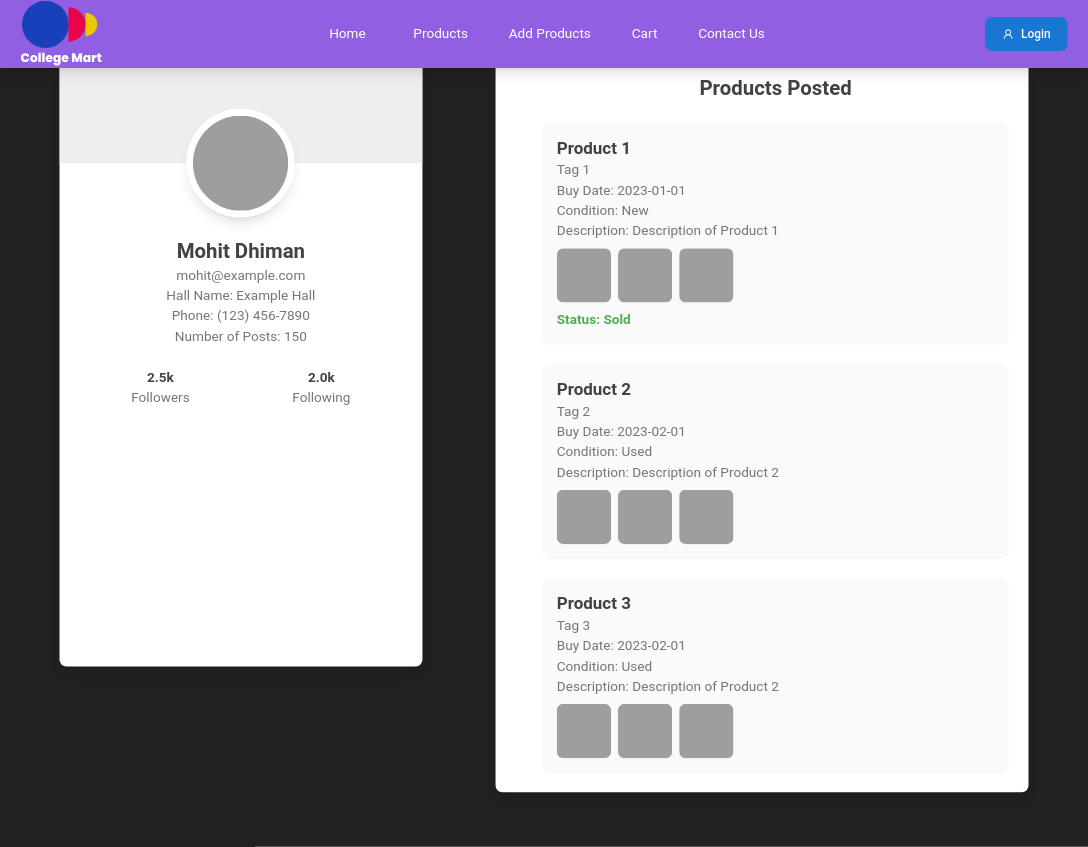
Repository: kumar1397/College-Mart
Page: /home/profile
The author's editor kept a copy of each file at every save. The page is drawn from the files as they stood at one save, then again after the next save.
The browser window is 1280 px wide. The pictures show the whole page, at 85% of full size.
Pictures or frames that could not be fetched are drawn as grey boxes. Some web fonts or font styles are not loaded; a fallback is used. Some web libraries are served in a nearby version. The project was rebuilt for these pictures with package versions that can differ from the ones it lists, and the page was loaded fresh each time. Also part of the build but not shown: src/components/forgetPassword/forgetpassword.jsx, src/components/Auth.js, src/components/hero/Heronavbar.jsx, src/components/hero/footer.jsx, src/components/hero/Carousel.jsx, src/components/hero/Hero.jsx, src/components/new-home-page/header.jsx, src/components/new-home-page/footer_cont.jsx and 12 more.

Above is the page before, as saved 2024-07-15 16:03:06.

After the next save:
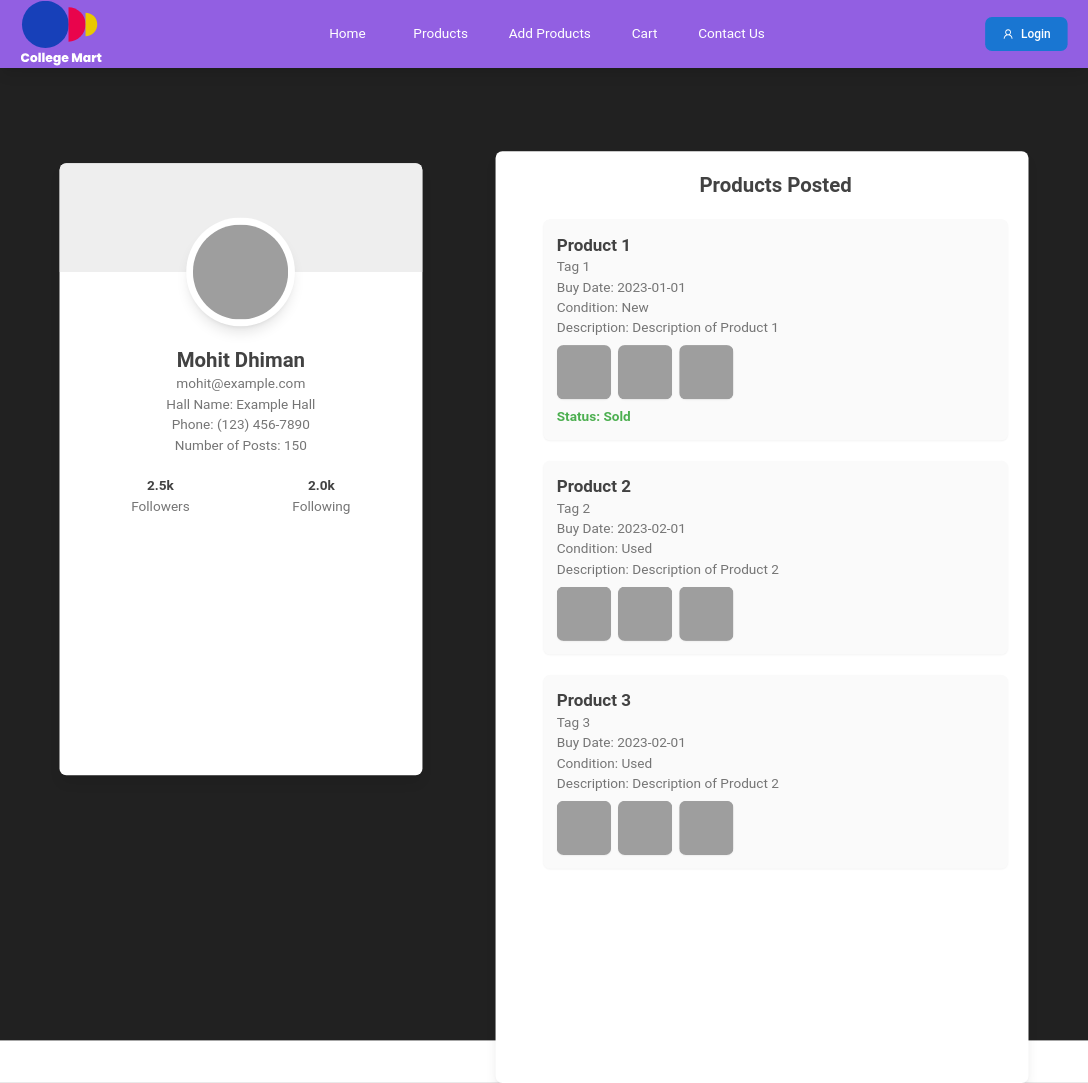
Saved 3 min 8 s later.
--- a/src/components/profile/profile.jsx
+++ b/src/components/profile/profile.jsx
@@ -39,7 +39,7 @@ export default function Profile() {
             <Navbar />
             <div className="bg-gray-900 min-h-screen flex">
                 <div className="container mx-auto my-16 flex">
-                    <div className="lg:w-1/3 bg-white rounded-lg shadow-lg overflow-hidden h-full fixed " style={{ marginRight: "65%" }}>
+                    <div className="lg:w-1/3 bg-white rounded-lg shadow-lg overflow-hidden h-full fixed " style={{ marginRight: "65%", marginTop: "10%", marginBottom: "10%" }}>
                         <div className="h-32 bg-gray-200"></div>
                         <div className="flex justify-center -mt-16">
                             <img className="h-32 w-32 bg-white p-2 rounded-full shadow-lg" src="https://images.unsplash.com/photo-1535713875002-d1d0cf377fde?ixid=MnwxMjA3fDB8MHxwaG90by1wYWdlfHx8fGVufDB8fHx8&ixlib=rb-1.2.1&auto=format&fit=crop&w=2000&q=80" alt="Profile" />
@@ -63,7 +63,7 @@ export default function Profile() {
                         </div>
                     </div>
 
-                    <div className="lg:ml-1/3 w-full bg-white rounded-lg shadow-lg overflow-y-auto h-full pl-8" style={{ marginLeft: "45%" }}>
+                    <div className="lg:ml-1/3 w-full bg-white rounded-lg shadow-lg overflow-y-auto h-full pl-8" style={{ marginLeft: "45%" , marginTop: "10%", marginBottom: "10%"}}>
                         <div className="p-6">
                             <h2 className="text-2xl font-semibold text-gray-800 text-center">Products Posted</h2>
                             <div className="mt-6 space-y-6">
